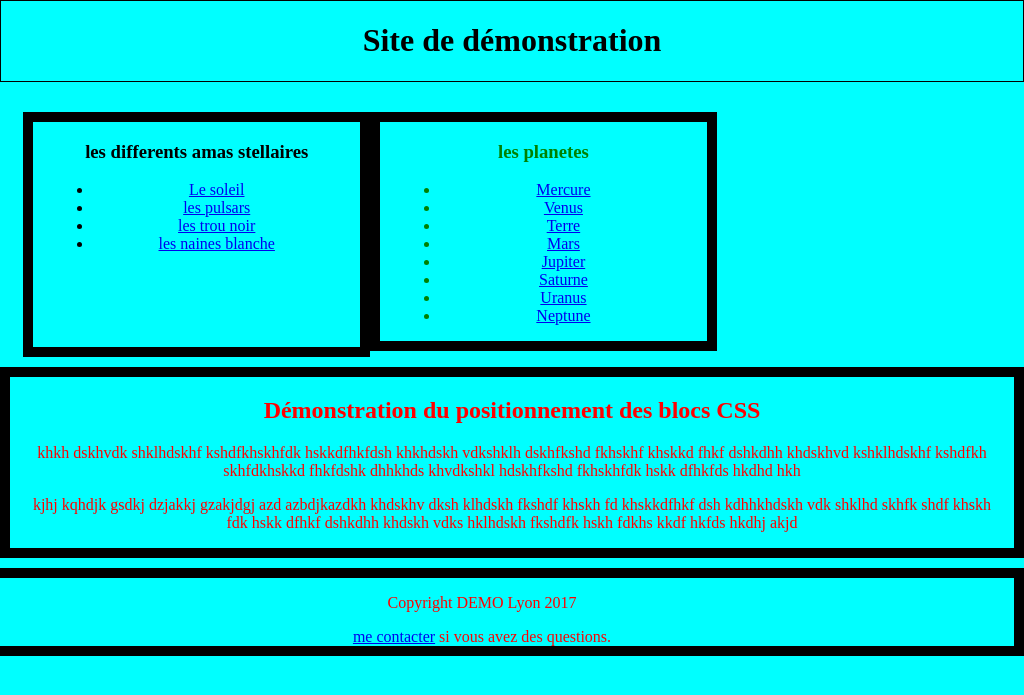
Repository: Poulpyto/fitec
Page: workspaceHtmlFlo/ModelePage1Flo/WebContent/index.html
These files come from the project's save history. The page is drawn as it stood at one moment and after the next save; the edit follows.
The browser window is 1024 px wide. The pictures show the whole page.

Above is the page before, as saved 2017-04-04 13:37:04.

### workspaceHtmlFlo/ModelePage1Flo/WebContent/index.html
<!DOCTYPE html>
<html>
<head>

<meta charset="UTF-8">
<title>Modele 1</title>
<meta name="viewport" content="width=device-width, initial-scale=1.0" /><!-- recup taille terminal utiliser , premiere etape pr respnosivité*/ -->
<link rel="stylesheet" href="css/style.css" />
</head>

<body>
	<div id="entete">
		<h1>Site de démonstration</h1>
	</div>
	<div id="nav">
		<div class="block planete">
		<h3>les planetes</h3>
			<ul>
				<li><a href= "#">Mercure</a></li>
				<li><a href= "#">Venus</a></li>
				<li><a href= "#">Terre</a></li>
				<li><a href= "#">Mars</a></li>
				<li><a href= "#">Jupiter</a></li>
				<li><a href= "#">Saturne</a></li>
				<li><a href= "#">Uranus</a></li>
				<li><a href= "#">Neptune</a></li>
			</ul>
	</div>
	<div class="block espace">
		<h3>les differents amas stellaires</h3>
		<ul>
			<li><a href= "#">Le soleil</a></li>
			<li><a href= "#">les pulsars</a></li>
			<li><a href= "#">les trou noir</a></li>
			<li><a href= "#">les naines blanche</a></li>
		</ul>
	</div>
	</div>
	<div id="content">
	<div class="block">
		<h2>Démonstration du positionnement des blocs CSS</h2>
		<p>khkh dskhvdk shklhdskhf kshdfkhskhfdk hskkdfhkfdsh khkhdskh vdkshklh dskhfkshd fkhskhf khskkd fhkf dshkdhh khdskhvd kshklhdskhf kshdfkh skhfdkhskkd fhkfdshk dhhkhds khvdkshkl hdskhfkshd fkhskhfdk hskk dfhkfds hkdhd hkh</p>
		<p> kjhj kqhdjk  gsdkj dzjakkj gzakjdgj azd azbdjkazdkh khdskhv dksh klhdskh fkshdf khskh fd khskkdfhkf dsh kdhhkhdskh vdk shklhd skhfk shdf khskh fdk hskk dfhkf dshkdhh khdskh vdks hklhdskh fkshdfk hskh fdkhs kkdf hkfds hkdhj akjd</p>
	</div>
	<div class="block footer">
	<p> Copyright DEMO Lyon 2017</p>
	<a href="mailto:contact@example.com">me contacter</a> si vous avez des questions.
	</div>
	</div>
</body>

</html>

### workspaceHtmlFlo/ModelePage1Flo/WebContent/css/style.css
@CHARSET "UTF-8";
/*media queries*/
/*si la taille de l'ecran est <680px */
@media screen and (max-width:680px)
{
body {
	width: 100%;
	margin: 0 auto;
	background-color: grey;
	text-align: center;
}

#entete{
	border: 1px solid black;
	margin-bottom: 20px;
	padding: 0 20px;
	text-align:center;
}

#nav {
	width: 100%;

}

#content {
	width:100%;
	color: red;

}

.block{
	border: 10px solid black;
	margin-top: 10px;
	padding: 0 20px;
}
.footer{
	text-align: center;
}
}
/*si la taille de l'ecran est comprise entre 681 et 1279px*/
@media screen and (min-width:681px) and (max-width:1279px)
{
body {
	width: 100%;
	margin: 0 auto;
	background-color: cyan;
	text-align: center;
}


#entete{
	border: 1px solid black;
	margin-bottom: 20px;
	padding: 0 20px;
	text-align:center;
}

#nav {
	width: 70%;
}

.planete{
	float: left;
	width: 40%;
	color : green;
}
.espace{
	float: right;
	width: 40%;
	height: 225px;
}
#content {
	width:100%;
	color: red;
	float:right;
}

.block{
	border: 10px solid black;
	margin-top: 10px;
	padding: 0 20px;
	float:right;
}

.footer{
	text-align: center;
	width:100%;
}
}
/*si la taille est > 1279px*/
@media screen and (min-width:1280px)
{
body {
	width: 960px;
	margin: 0 auto;
	background-color: yellow;
}

#entete{
	border: 1px solid black;
	margin-bottom: 20px;
	padding: 0 20px;
	text-align:center;
}

#nav {
	width: 240px;
	float: left;
}

#content {
	width:700px;
	float: right;
	color: red;

}

.block{
	border: 10px solid black;
	margin-top: 10px;
	padding: 0 20px;
}
.footer{
	text-align: center;
}
}

After the next save:
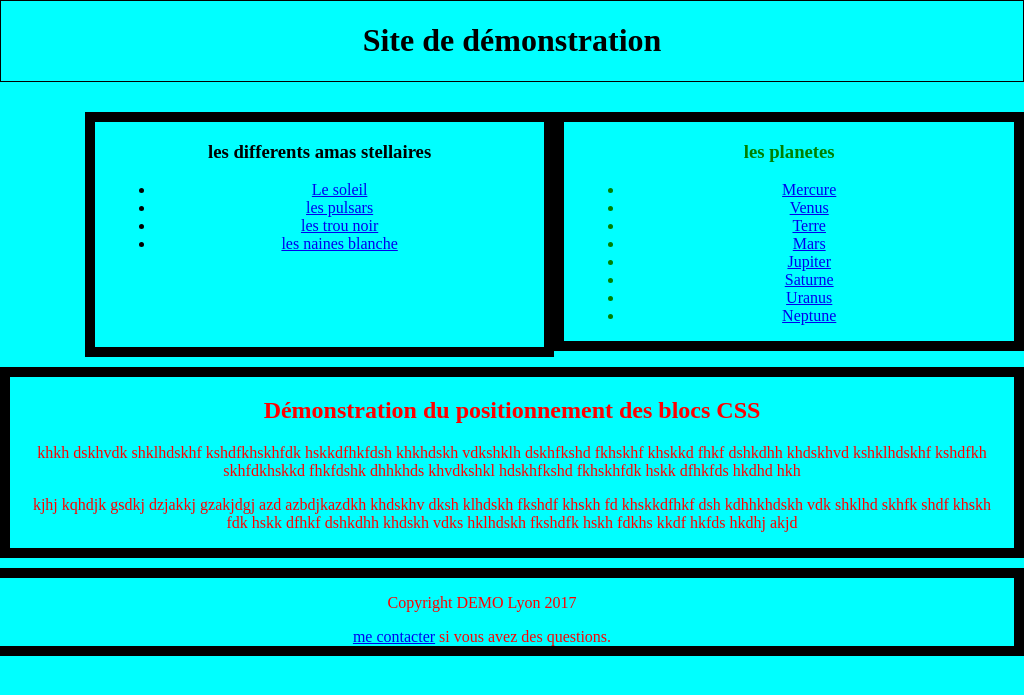
Saved 4 s later.
--- a/workspaceHtmlFlo/ModelePage1Flo/WebContent/css/style.css
+++ b/workspaceHtmlFlo/ModelePage1Flo/WebContent/css/style.css
@@ -56,7 +56,7 @@ body {
 }
 
 #nav {
-	width: 70%;
+	width: 100%;
 }
 
 .planete{
